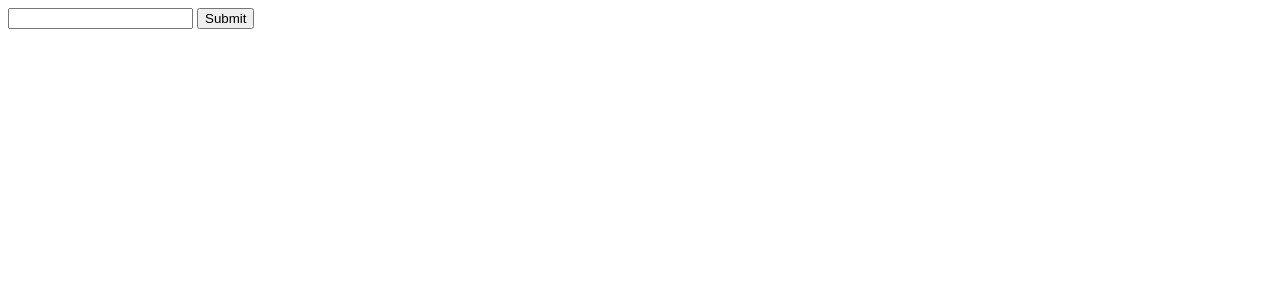
Repository: LingWenXing/java-fundamentals
Page: CarServiceSystem/src/main/webapp/serviceRequest.html
An editor plug-in stored every save of this project. The page is shown before and after the next save, followed by the edit.
The browser window is 1280 px wide. The pictures show the whole page.

Above is the page before, as saved 2022-04-11 03:05:43.

After the next save:
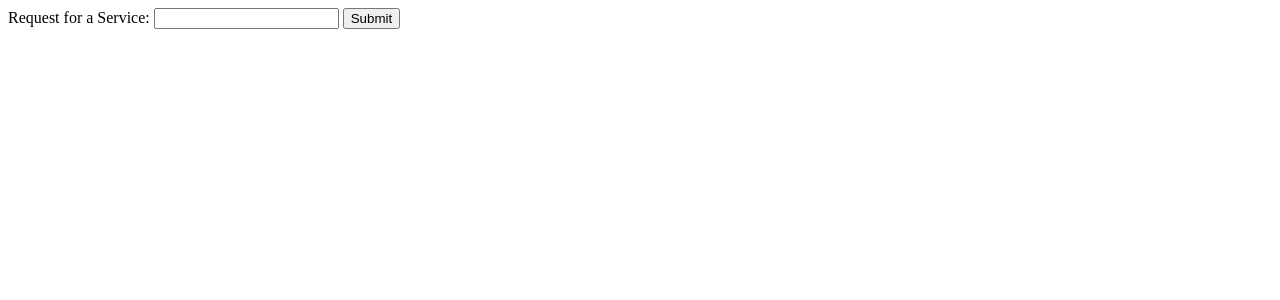
Saved 3 min 52 s later.
--- a/CarServiceSystem/src/main/webapp/serviceRequest.html
+++ b/CarServiceSystem/src/main/webapp/serviceRequest.html
@@ -6,7 +6,7 @@
 </head>
 <body>
 	<form action = "/CarServiceSystem/ServiceRequest">
-		<input type="text" name="servicerequest">
+		Request for a Service: <input type="text" name="servicerequest">
 		<input type="submit" name="Service request">
 	</form>
 </body>
